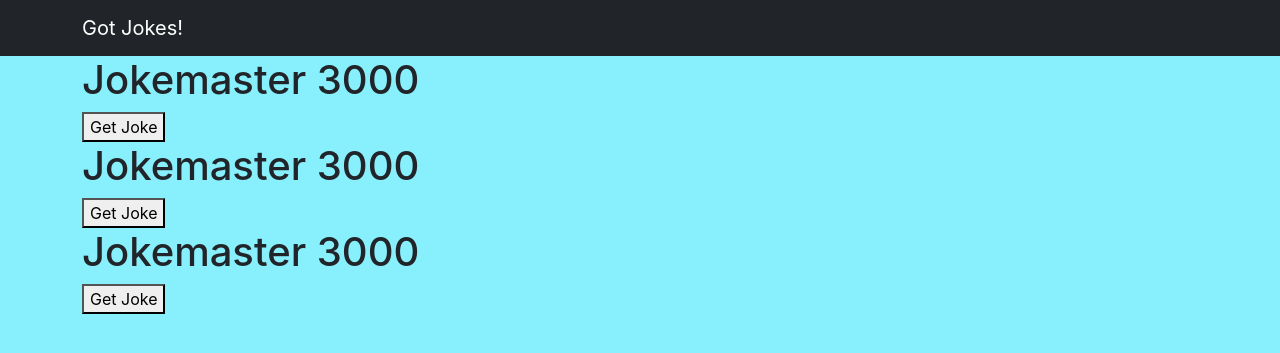
Repository: jontslater/LAB-joke-generator-react
Page: /
An editor plug-in stored every save of this project. The page is shown before and after a run of saves, followed by the edit.
The browser window is 1280 px wide. The pictures show the whole page.
The project was rebuilt for these pictures with package versions that can differ from the ones it lists, and the page was loaded fresh each time. The framework's server and built-in components were replaced by stand-ins that run in the browser. Also part of the build but not shown: next.config.js.

Above is the page before, as saved 2024-01-12 15:54:18.

After the next 3 saves:
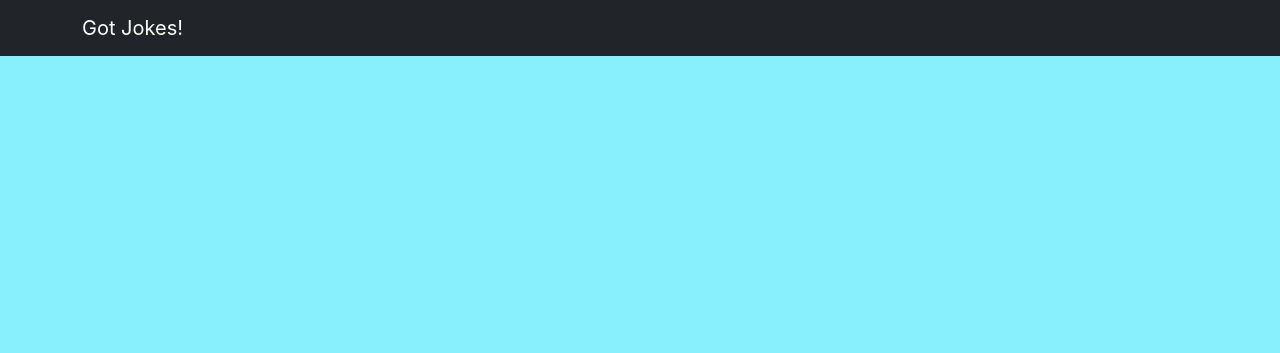
The 3 saves are shown as one change because 2 did not build or start.
The last was saved 81 s later.
--- a/pages/index.js
+++ b/pages/index.js
@@ -1,12 +1,9 @@
 import React from 'react';
-import Jokes from '../components/Jokes';
 
 function Home() {
   return (
     <>
-      <Jokes />
-      <Jokes />
-      <Jokes />
+      <></>
     </>
   );
 }

After the 2 saves that followed:
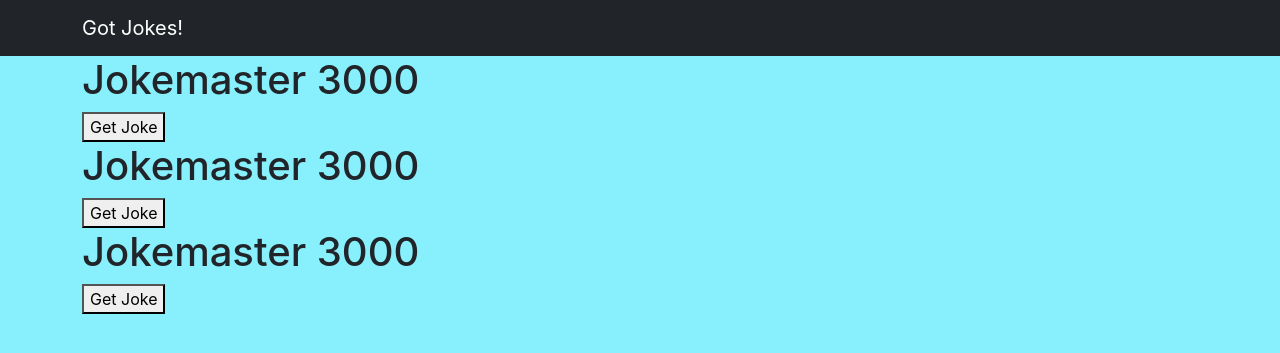
The 2 saves are shown as one change because 1 did not build or start.
The last was saved 10 min 32 s later.
--- a/pages/index.js
+++ b/pages/index.js
@@ -1,9 +1,15 @@
 import React from 'react';
+import Jokes from '../components/Jokes';
 
 function Home() {
+  const Jokies = [
+    { title: 'Jokes' }];
+
   return (
     <>
-      <></>
+      <Jokes />
+      <Jokes />
+      <Jokes />
     </>
   );
 }
